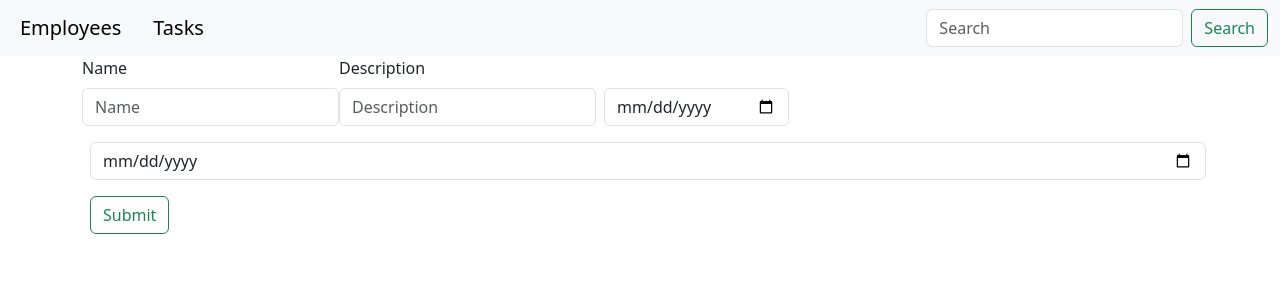
Repository: RaffiBarseghyan/employees
Page: /tasks
The author's editor kept a copy of each file at every save. The page is drawn from the files as they stood at one save, then again after a run of saves.
The browser window is 1280 px wide. The pictures show the whole page.
The project was rebuilt for these pictures with package versions that can differ from the ones it lists, and the page was loaded fresh each time. Some packages were replaced by stand-ins written for this rebuild. Also part of the build but not shown: src/App.css, src/Pages/Employees/employees.module.scss, src/Pages/UpDel/upDel.module.scss, src/Pages/UpDel/delete.jsx, src/Pages/Employees/employees.jsx, src/Pages/Tasks/tasks.module.scss, src/Pages/UpDel/update.jsx.

Above is the page before, as saved 2023-06-15 21:34:50.

### src/App.jsx
import "./App.css";
import Header from "./Pages/Header/header";
import { BrowserRouter, Routes, Route } from "react-router-dom";
import "bootstrap/dist/css/bootstrap.css";
import Employees from "./Pages/Employees/employees";
import Tasks from "./Pages/Tasks/tasks";
import Update from "./Pages/UpDel/update";

function App() {
  return (
    <>
      <BrowserRouter>
        <Header />

        <Routes>
          <Route path="/employees" element={<Employees />} />

          <Route path="/tasks" element={<Tasks />} />
          <Route path="/update" element={<Update />} />
        </Routes>
      </BrowserRouter>
    </>
  );
}

export default App;

### src/Pages/Header/header.jsx
import { Link } from "react-router-dom";
import style from "./header.module.scss";

function Header() {
  return (
    <>
      <nav className="navbar navbar-expand-lg bg-body-tertiary">
        <div className="container-fluid">
          <button
            className="navbar-toggler"
            type="button"
            data-bs-toggle="collapse"
            data-bs-target="#navbarSupportedContent"
            aria-controls="navbarSupportedContent"
            aria-expanded="false"
            aria-label="Toggle navigation"
          >
            <span className="navbar-toggler-icon"></span>
          </button>
          <div className="collapse navbar-collapse" id="navbarSupportedContent">
            <ul className="navbar-nav me-auto mb-2 mb-lg-0">
              <li className="nav-item">
                <Link className={`nav-link navbar-brand active ${style.linkStyle}`} to="/employees">
                  Employees
                </Link>
              </li>
              <li className="nav-item">
                <Link
                  className={`nav-link navbar-brand ${style.linkStyle}`}
                  to="/tasks"
                >
                  Tasks
                </Link>
              </li>
            </ul>
            <form className="d-flex" role="search">
              <input
                className="form-control me-2"
                type="search"
                placeholder="Search"
                aria-label="Search"
              />
              <button className="btn btn-outline-success" type="submit">
                Search
              </button>
            </form>
          </div>
        </div>
      </nav>
    </>
  );
}

export default Header;

### src/Pages/Tasks/tasks.jsx
import style from "./tasks.module.scss";

function Tasks() {
  return (
    <>
      <form
        action="https://rocky-temple-83495.herokuapp.com/tasks"
        method="post"
        target="_blank"
        className={`${style.employeeForm} container`}
      >
        <label htmlFor="name">
          Name
          <input
            className="form-control mt-2 "
            type="text"
            id="name"
            name="name"
            placeholder="Name"
          />
        </label>

        <label htmlFor="">
          Description
          <input
            className="form-control mt-2"
            type="text"
            id="lname"
            name="description"
            placeholder="Description"
          />
        </label>

        <label htmlFor="">
          <input
            className="form-control m-2"
            type="date"
            id="startDate"
            name="startDate"
            placeholder="startDate"
          />
        </label>

        <label htmlFor=""></label>

        <input
          className="form-control m-2"
          type="date"
          id="endDate"
          name="endDate"
          placeholder="endDate"
        />

        <input
          className="btn btn-outline-success m-2"
          type="submit"
          value="Submit"
        />
      </form>
    </>
  );
}

export default Tasks;

Loaded but not shown: src/index.js (common file); src/index.css (common file); src/reportWebVitals.js (common file); src/Pages/Header/header.module.scss (no stored copy; drawn as an empty file)

After the next 4 saves:
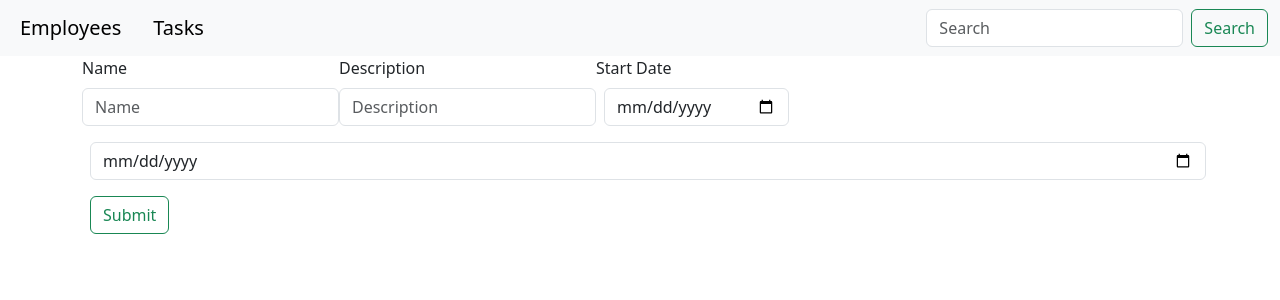
The 4 saves are shown as one change because they came seconds apart.
The last was saved 12 s later.
--- a/src/Pages/Tasks/tasks.jsx
+++ b/src/Pages/Tasks/tasks.jsx
@@ -31,7 +31,8 @@ function Tasks() {
           />
         </label>
 
-        <label htmlFor="">
+        <label htmlFor="startDate">
+          Start Date
           <input
             className="form-control m-2"
             type="date"
